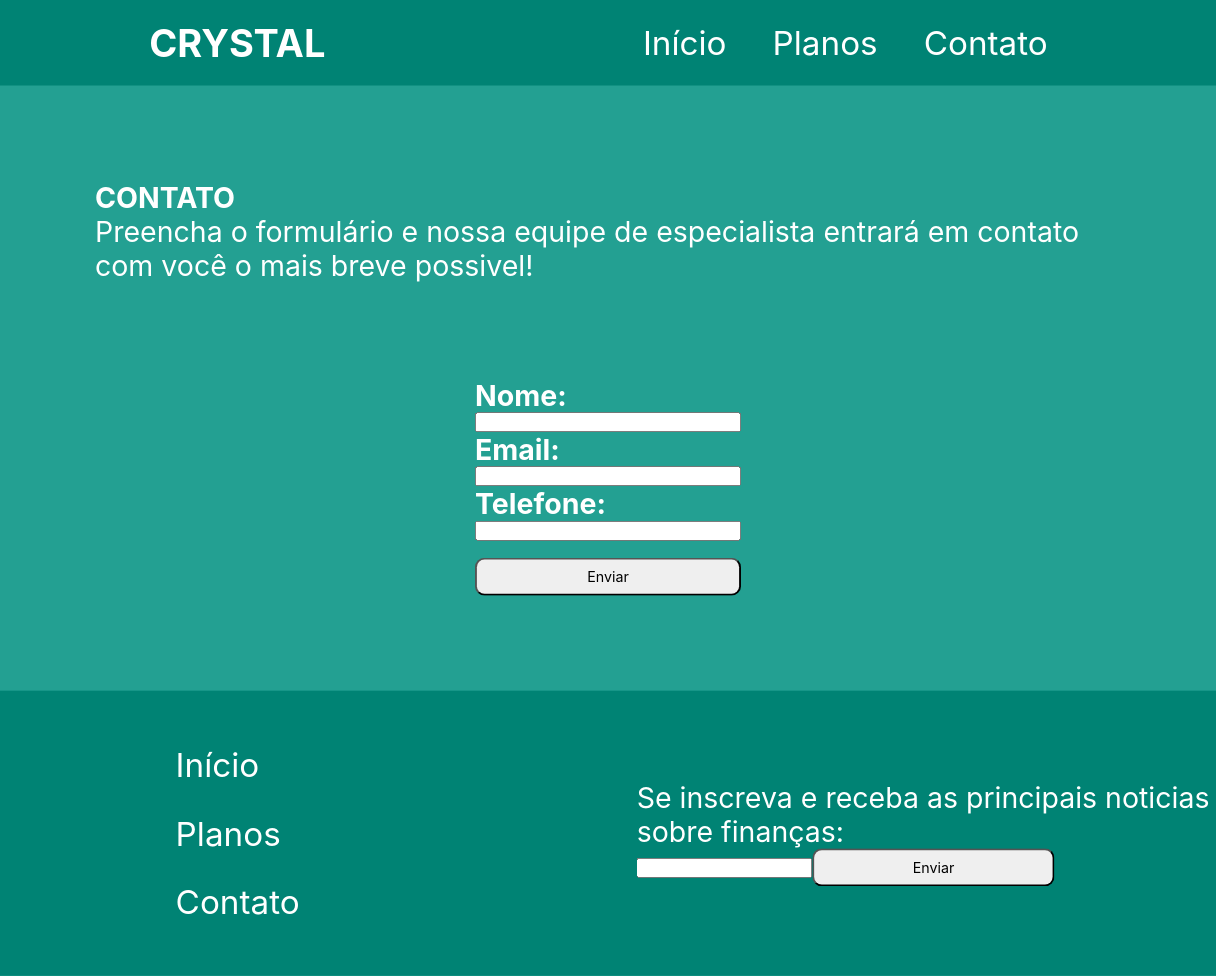
Repository: Matheus904-12/Crystallize
Page: contato.html
The author's editor kept a copy of each file at every save. The page is drawn from the files as they stood at one save, then again after a run of saves.
The browser window is 1280 px wide. The pictures show the whole page, at 95% of full size.
Some web fonts or font styles are not loaded; a fallback is used.

Above is the page before, as saved 2023-07-24 21:26:22.

After the next 2 saves:
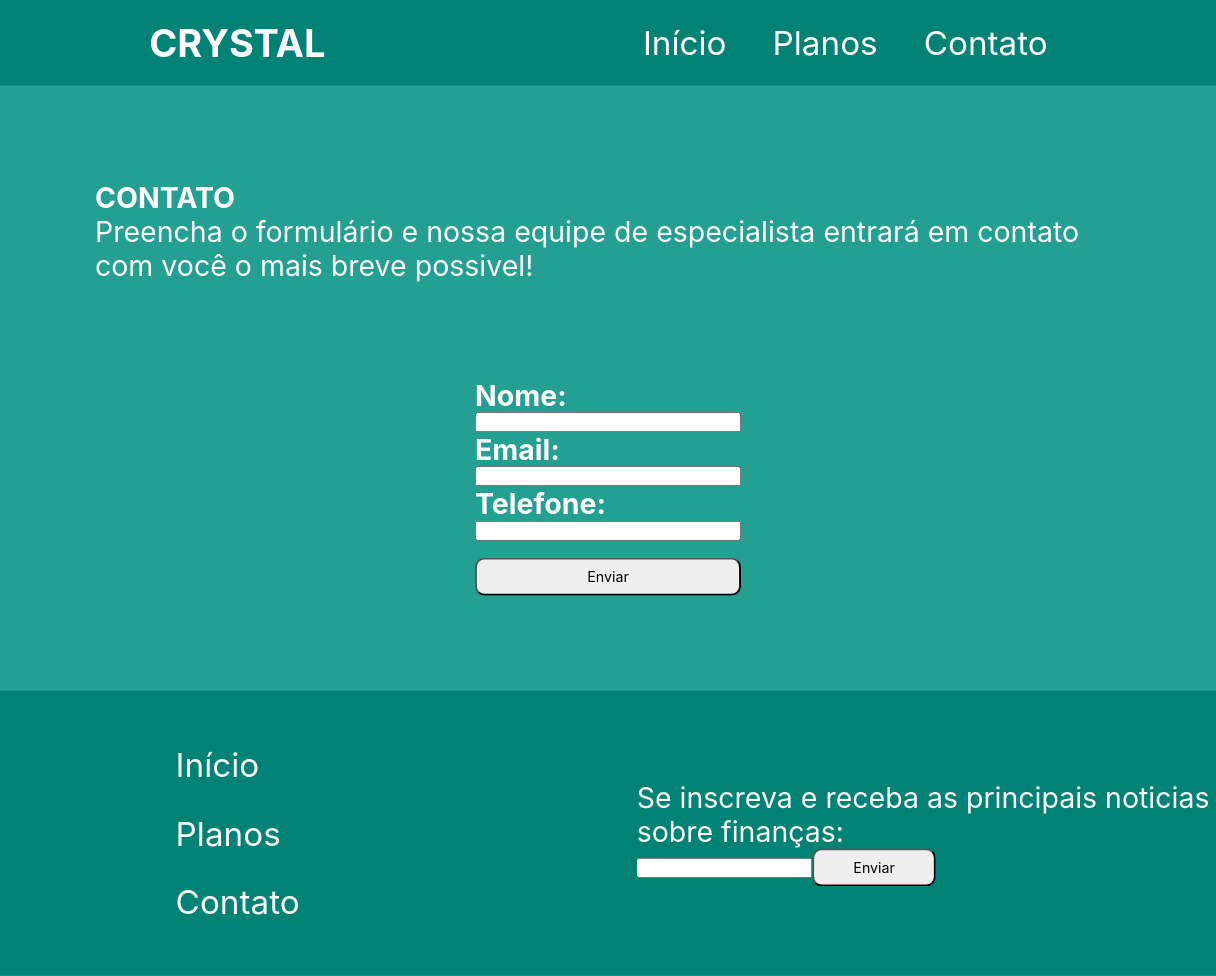
The 2 saves are shown as one change because they came seconds apart.
The last was saved 9 s later.
--- a/background.css
+++ b/background.css
@@ -14,7 +14,7 @@ body {
 }
 
 #enviar2 {
-    width: 280px;
+    width: 130px;
     height: 40px;
     border-radius: 10px;
     font-size: 15px;
